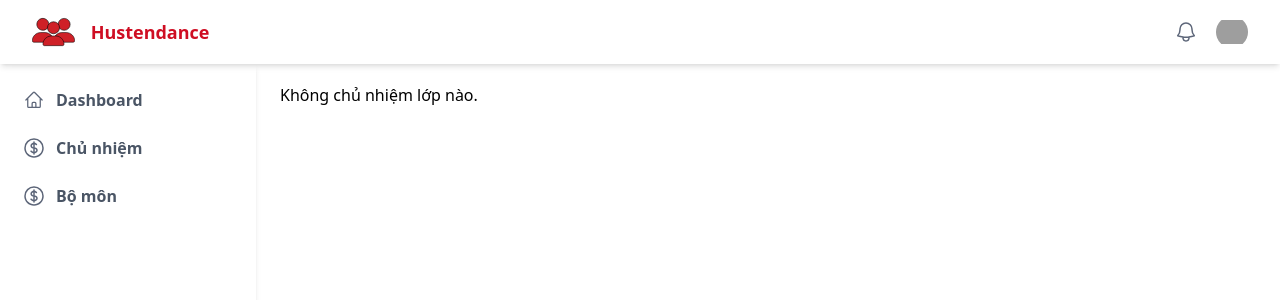
Repository: nguynd/school-managerment
Page: /dashboard (app in fe/)
An editor plug-in stored every save of this project. The page is shown before and after the next save, followed by the edit.
The browser window is 1280 px wide. The pictures show the whole page.
Pictures or frames that could not be fetched are drawn as grey boxes. The page's requests for data from a server got no answer. The project was rebuilt for these pictures with package versions that can differ from the ones it lists, and the page was loaded fresh each time. No one was signed in, and anything a server would have sent is missing. Also part of the build but not shown: fe/vite.config.js, fe/src/components/SubjectDashboard.jsx.

Above is the page before, as saved 2025-06-11 20:31:02.

After the next save:
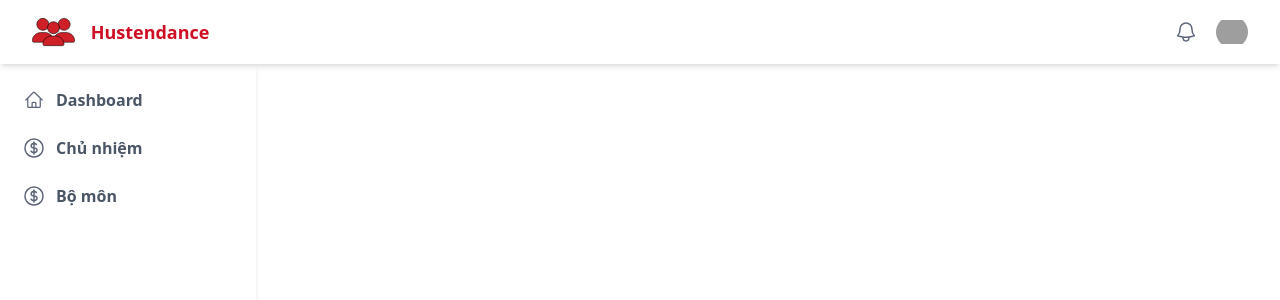
Saved 87 s later.
--- a/fe/src/components/Dashboard.jsx
+++ b/fe/src/components/Dashboard.jsx
@@ -61,7 +61,9 @@ function Dashboard() {
       </div>
 
       {/* Tab content */}
-      {activeTab === "homeroom" && <HomeroomDashboard data={homeroomClass} />}
+      {activeTab === "homeroom" && homeroomClass && (
+  <HomeroomDashboard data={homeroomClass} />
+)}
       {activeTab === "subject" && <SubjectDashboard data={subjectClasses} />}
     </div>
   );
